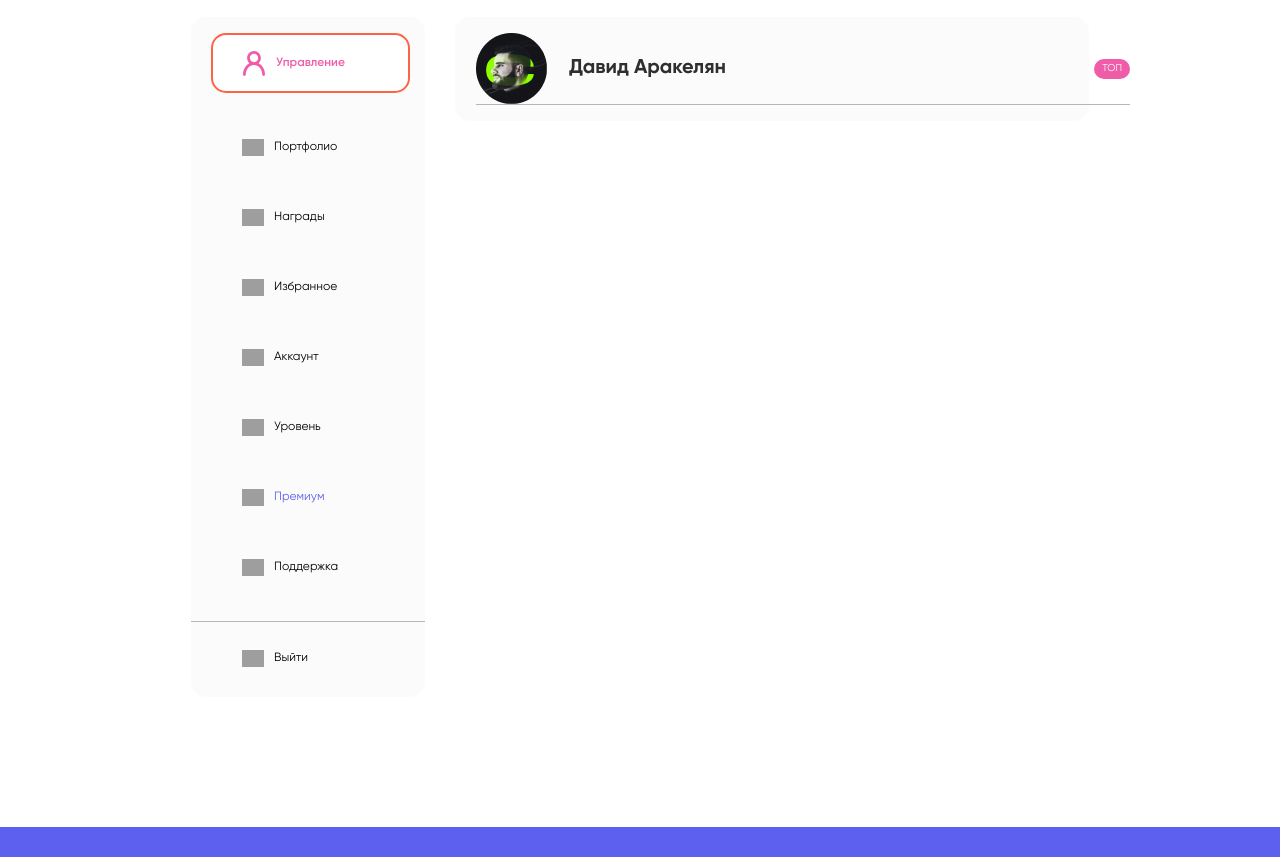
Repository: alexboagreek/selfmade
Page: index.html
The author's editor kept a copy of each file at every save. The page is drawn from the files as they stood at one save, then again after the next save.
The browser window is 1280 px wide. The pictures show the part of the page from y = 353 to 1210 px (the page is 1719 px tall).
Pictures or frames that could not be fetched are drawn as grey boxes. A picture or video elsewhere on the page could not be fetched, so the positions and the page height are approximate.

Above is the page before, as saved 2022-12-13 12:39:25.

### index.html
<!DOCTYPE html>
<html lang="ru">
<head>
    <meta charset="UTF-8">
    <meta http-equiv="X-UA-Compatible" content="IE=edge">
    <meta name="viewport" content="width=device-width, initial-scale=1.0">
    <link rel="stylesheet" href="css/style.css">
    <link rel="icon" type="image/png" sizes="64x64" href="assets/icons/favicon.png">
    <link rel="icon" type="image/png" sizes="48x48" href="assets/icons/favicon_48.png">
    <title>Selfmade</title>
</head>
<body>
    <header class="header">
        <div class="header__container">
            <h1 class="visually-hidden">Selfmade...</h1>
            <div class="header__box">
                <div class="header__logo">
                    <a href="/"><img src="./assets/icons/header_logo.svg" alt="Логотип Selfmade"></a>
                </div>
                <div class="header__login">
                    <div class="header__alarm">
                        <img class="header__alarm_icon" src="assets/icons/bell.svg" alt="authorization bell">
                    </div>
                    <p class="user__name">Аракелян Д.</p>
                    <div class="user__login">
                        <img src="assets/icons/user_icon.svg" alt="user icon">
                    </div>
                </div>

            </div>

        </div>
    </header>

    <main class="main main__container">
        <div class="sidebar">
            <ul class="menu__list">
                <li class="menu__list_item menu__list_item_fix">
                    <button class="menu__list_button menu__button_control control__text">Управление</button>
                </li>
                <li class="menu__list_item list_item_fix">
                    <button class="menu__list_button menu__button_portfolio">Портфолио</button>
                </li>
                <li class="menu__list_item list_item_fix">
                    <button class="menu__list_button menu__button_star">Награды</button>
                </li>
                <li class="menu__list_item list_item_fix">
                    <button class="menu__list_button menu__button_like">Избранное</button>
                </li>
                <li class="menu__list_item list_item_fix">
                    <button class="menu__list_button menu__button_settings">Аккаунт</button>
                </li>
                <li class="menu__list_item list_item_fix">
                    <button class="menu__list_button menu__button_level">Уровень</button>
                </li>
                <li class="menu__list_item list_item_fix">
                    <button class="menu__list_button menu__button_premium menu__button_active">Премиум</button>
                </li>
                <li class="menu__list_item item__border list_item_fix">
                    <button class="menu__list_button menu__button_helper">Поддержка</button>
                </li>
                <li class="menu__list_item list_item_fix menu__line">
                    <button class="menu__list_button menu__button_exit">Выйти</button>
                </li>
            </ul>
        </div>
        <div class="content">
            <section class="interface">
                <div class="interface__box">
                    <div class="interface__box_header interface__line">
                        <div class="user__info">
                            <img src="assets/img/interface.png" alt="Логотип интерфейса юзера | user interface logo" class="interface__img">
                            <p class="interface__text">Давид Аракелян</p>
                        </div>
                        <div class="interface__rating">Топ</div>
                    </div>
                </div>
            </section>
        </div>
    </main>

  <footer class="footer">
    <div class="footer__container">
        <div class="footer__box">
            <img src="./assets/icons/footer_logo.svg" alt="Логотип Selfmade">
            <div class="footer__social">
                <ul class="footer__social_list">
                    <li class="footer__social_list_item">
                        <svg width="15" height="14" viewbox="0 0 15 14" fill="none" xmlns="http://www.w3.org/2000/svg">
                            <path d="M0.911243 6.87875L4.18677 8.10128L5.45459 12.1786C5.53572 12.4397 5.85504 12.5363 6.067 12.363L7.89283 10.8745C8.08421 10.7186 8.35682 10.7108 8.55683 10.856L11.85 13.2469C12.0767 13.4117 12.3979 13.2875 12.4548 13.0135L14.8672 1.40935C14.9293 1.11007 14.6352 0.860402 14.3502 0.970619L0.907405 6.15646C0.575664 6.2844 0.578554 6.75408 0.911243 6.87875ZM5.25027 7.4505L11.6519 3.50775C11.7669 3.43709 11.8853 3.59266 11.7865 3.6843L6.50332 8.59526C6.31761 8.76813 6.19783 8.99946 6.1639 9.25055L5.98393 10.5842C5.9601 10.7623 5.70995 10.78 5.66081 10.6077L4.96866 8.17563C4.88939 7.89823 5.00491 7.60194 5.25027 7.4505Z" fill="#5D5FEF"/>
                        </svg>
                    </li>
                    <li class="footer__social_list_item">
                        <svg width="15" height="15" viewbox="0 0 15 15" fill="none" xmlns="http://www.w3.org/2000/svg">
                            <path fill-rule="evenodd" clip-rule="evenodd" d="M4.90509 0.6828C2.54568 0.6828 0.632996 2.59548 0.632996 4.9549V10.295C0.632996 12.6544 2.54568 14.5671 4.90509 14.5671H10.2452C12.6046 14.5671 14.5173 12.6544 14.5173 10.295V4.9549C14.5173 2.59548 12.6046 0.6828 10.2452 0.6828H4.90509ZM7.57515 3.88687C5.51067 3.88687 3.83707 5.56047 3.83707 7.62496C3.83707 9.68944 5.51067 11.363 7.57515 11.363C9.63964 11.363 11.3132 9.68944 11.3132 7.62496C11.3132 5.56047 9.63964 3.88687 7.57515 3.88687ZM11.5421 4.64975C12.0898 4.64975 12.5338 4.20573 12.5338 3.65801C12.5338 3.11029 12.0898 2.66627 11.5421 2.66627C10.9944 2.66627 10.5504 3.11029 10.5504 3.65801C10.5504 4.20573 10.9944 4.64975 11.5421 4.64975Z" fill="#5D5FEF"/>
                        </svg>
                    </li>
                    <li class="footer__social_list_item">
                        <svg width="16" height="9" viewbox="0 0 16 9" fill="none" xmlns="http://www.w3.org/2000/svg">
                            <path d="M12.9479 4.91454C12.7006 4.61918 12.7714 4.48778 12.9479 4.22376C12.9511 4.22075 14.9925 1.55289 15.2028 0.648132L15.2041 0.647529C15.3086 0.317814 15.2041 0.0755005 14.6987 0.0755005H13.0263C12.6006 0.0755005 12.4043 0.283456 12.2991 0.516125C12.2991 0.516125 11.4477 2.44378 10.2431 3.69332C9.85434 4.05438 9.67462 4.17012 9.46239 4.17012C9.35787 4.17012 9.19535 4.05438 9.19535 3.72467V0.647529C9.19535 0.252112 9.07617 0.0755005 8.72373 0.0755005H6.09412C5.82709 0.0755005 5.66839 0.259948 5.66839 0.431737C5.66839 0.80666 6.27066 0.892856 6.33312 1.9477V4.23642C6.33312 4.73792 6.23689 4.83015 6.02338 4.83015C5.45489 4.83015 4.07508 2.89465 3.25739 0.679476C3.09232 0.249701 2.93108 0.0761032 2.50216 0.0761032H0.829178C0.351821 0.0761032 0.255585 0.284059 0.255585 0.516728C0.255585 0.927817 0.824079 2.97181 2.89921 5.67222C4.28221 7.51549 6.22988 8.51428 8.00164 8.51428C9.06661 8.51428 9.19663 8.29246 9.19663 7.91091C9.19663 6.14961 9.10039 5.98325 9.63383 5.98325C9.88111 5.98325 10.3068 6.09898 11.3011 6.98806C12.4374 8.04231 12.6242 8.51428 13.2602 8.51428H14.9326C15.4093 8.51428 15.6508 8.29246 15.5119 7.85485C15.1939 6.93442 13.0448 5.04112 12.9479 4.91454V4.91454Z" fill="#5D5FEF"/>
                        </svg>
                    </li>
                    <li class="footer__social_list_item">
                        <svg width="7" height="14" viewbox="0 0 7 14" fill="none" xmlns="http://www.w3.org/2000/svg">
                            <path d="M5.1126 2.93661H6.8285V0.446777H4.81141V0.455757C2.36736 0.540786 1.86645 1.89031 1.8223 3.30771H1.81727V4.55101H0.153015V6.9893H1.81727V13.5253H4.3254V6.9893H6.37996L6.77685 4.55101H4.32622V3.79984C4.32622 3.32082 4.65072 2.93661 5.1126 2.93661Z" fill="#5D5FEF"/>
                        </svg>
                    </li>
                </ul>
            </div>
        </div>
        <div class="footer__services">
            <ul class="services__list">
                <li class="services__list_item">Как работает сервис?</li>
                <li class="services__list_item">Советы от SELFMADE</li>
                <li class="services__list_item">Пользовательское соглашение</li>
                <li class="services__list_item">Почему SELFMADE</li>
                <li class="services__list_item">Помощь и поддержка</li>
            </ul>
        </div>
    </div>
    <div class="footer__copyright">
        <ul class="footer__copyright_list">
            <li class="footer__copyright_list_item footer__copy_text">© SELFMADE.TEAM 2022</li>
            <li class="footer__copyright_list_item footer__copy_text-info">ИНН 431207720494 / ОГРНИП 320508100324371</li>
            <li class="footer__copyright_list_item">
                <a class="footer__copyright_link" href="#">Политика конфиденциальности</a>
            </li>
        </ul>
    </div>

  </footer>
</body>
</html>

### css/style.css
@import 'normalize.css';
@import 'fonts.css';
@import 'default.css';
@import 'header.css';
@import 'sidebar.css';
@import 'interface.css';
@import 'footer.css';

### css/fonts.css
@font-face {
    font-family: Gilroy;
    src: url(../assets/fonts/Gilroy-Regular.woff2) format('woff2'),
    url(../assets/fonts/Gilroy-Regular.woff) format('woff');
    font-weight: 400;
}

@font-face {
    font-family: Gilroy;
    src: url(../assets/fonts/Gilroy-Semibold.woff2) format('woff2'),
    url(../assets/fonts/Gilroy-Semibold.woff) format('woff');
    font-weight: 500;
}

@font-face {
    font-family: Gilroy;
    src: url(../assets/fonts/Gilroy-Bold.woff2) format('woff2'),
    url(../assets/fonts/Gilroy-Bold.woff) format('woff');
    font-weight: 600;
}

### css/default.css
:root {
    --color-control-text:#EF5DA8;
    --color-menu: #F0F0F0;
    --color-menu-active: #5D5FEF;
    --color-alarm: #EF5DA8;
    --color-main: #FBFBFB;
    --footer-color-main: #5D5FEF;
    --footer-color-copyright: #5556D3;
    --footer-social-color: #FFFFFF;
    --footer-copyright-link: #B6B6B6;
}

html {
  overflow-x: hidden;
  position: relative;
  box-sizing: border-box;
}

*,
*::before,
*::after {
  box-sizing: inherit;
}

body {
  display: flex;
  flex-direction: column;
  min-width: 320px;
  height: 100%;
  font-family: Gilroy, sans-serif;
  background-color: #FFFFFF;
  font-size: 16px;
  overflow-x: hidden;
  position: relative;
}

img,
svg {
  max-width: 100%;
  max-height: 100%;
  height: auto;
}

button {
  padding: 0;
  cursor: pointer;
  border: none;
  background-color: transparent;
}

a {
  text-decoration: none;
  color: inherit;
}

ul {
  list-style: none;
  padding: 0;
  margin: 0;
}

h1,
h2,
h3,
p,
figure,
fieldset {
  margin: 0;
}

iframe {
  border: none;
}

fieldset {
  padding: 0;
  border: 0;
}

.visually-hidden {
  position: fixed;
  transform: scale(0);
}

.container {
    max-width: 1400px;
    padding: 0 100px;
    margin: 0 auto;
}

### css/header.css
.header {
    padding-top: 28px;
    padding-bottom: 37px;
    flex: 0 0 auto;
    background-color: #FFFFFF;
}

.header__box {
    display: flex;
    justify-content: space-between;
    align-items: center;
}

.header__container {
    max-width: 1500px;
    margin: 0 auto;
    padding: 0 100px;
}

.header__alarm {
    position: relative;
    margin-right: 11px;
}

.header__alarm::after {
    position: absolute;
    top: 0;
    content: '';
    width: 5px;
    height: 5px;
    background-color: var(--color-alarm);
    border-radius: 50%;
}
.user__name {
    margin-right: 6px;
}

.header__login {
    display: flex;
    align-items: center;
}

.user__login {
    cursor: pointer;
}

.services__list_item {
    cursor: pointer;
}

### css/sidebar.css
.main {
    display: flex;
}

.main__container {
    max-width: 1200px;
    margin: 0 auto;
}

.sidebar {
    display: flex;
    justify-content: center;
    width: 234px;
    border-radius: 15px;
    background-color: var(--color-main);
    margin-bottom: 130px;
    margin-right: 30px;
}

.menu__list_button {
    font-size: 12px;
    line-height: 16px;
    padding: 7px 8px 7px 40px;
    background-size: 22px;
    background-position: 8px center;
    background-repeat: no-repeat;
    border-radius: 50px;
    border: 1px solid transparent;
    white-space: nowrap;
    outline: none;
    margin-bottom: 38px;
}

.menu__list_item_fix {
    display: flex;
    padding-left: 20px;
    align-items: flex-start;
}

.menu__button_active {
    color: var(--color-menu-active);
}

.menu__button_control {
    width: 199px;
    margin-top: 16px;
    border-radius: 15px;
    border: 2px solid tomato;
    padding: 20px;
    background-color: #FFFFFF;
    background-image: url('../assets/icons/user__icon.svg');
    background-position: calc(30px);
}

.control__text {
    font-weight: 500;
    color: var(--color-control-text);
}

.menu__button_portfolio {
    background-image: url('../assets/icons/portfolio_icon.svg');
}
.menu__button_star {
    background-image: url('../assets/icons/star_icon.svg');
}

.menu__button_like {
    background-image: url('../assets/icons/like_icon.svg');
}
.menu__button_settings {
    background-image: url('../assets/icons/settings_icon.svg');
}
.menu__button_level {
    background-image: url('../assets/icons/level_icon.svg');
}
.menu__button_premium {
    background-image: url('../assets/icons/premium_icon.svg');
}

.menu__button_helper {
    background-image: url('../assets/icons/helper_icon.svg');
}

.menu__line {
    width: 234px;
    border-top: 1px solid var(--footer-copyright-link);
}
.menu__button_exit {
    background-image: url('../assets/icons/exit_icon.svg');
    margin-top: 20px;
    margin-bottom: 23px;
}

.list_item_fix {
    padding-left: 42px;
}

### css/interface.css
.interface__box {
    border-radius: 15px;
    padding: 16px 21px;
    width: 634px;
    background-color: var(--color-main);
}
.interface__box_header {
    display: flex;
    justify-content: space-between;
    align-items: center;
    border-bottom: 1px solid tomato;
}
.user__info {
    display: flex;
    align-items: center;
}

.interface__text {
    font-weight: 700;
    font-size: 20px;
    margin-left: 22px;
    line-height: 1.06;
    color: #2F2F2F;
}

.interface__rating {
    padding: 4px 8px;
    border-radius: 47px;
    color: #FFFFFF;
    background-color: var( --color-control-text);
    font-size: 10px;
    text-transform: uppercase;
}

.interface__line {
    width: 654px;
    border-bottom: 1px solid var(--footer-copyright-link);
}

### css/footer.css
.footer {
    flex: 0 0 auto;
}

.footer__container {
    padding: 50px 140px 0px 140px;
    background-color: var(--footer-color-main);
}

.footer__box {
    display: flex;
    justify-content: space-between;
    background-color: var(--footer-color-main);
    margin-bottom: 50px;
}

.footer__social_list_item {
    display: flex;
    align-items: center;
    justify-content: center;
    width: 29px;
    height: 29px;
    background-color: var(--footer-social-color);
    border-radius: 50%;
    margin-right: 19px;
    cursor: pointer;
}

.footer__social_list_item:last-child {
    margin-right: 0;
}

.footer__social_list {
    display: flex;
}

.footer__services {
    padding-bottom: 41px;
}

.services__list {
    display: flex;
    justify-content: space-between;
}
.services__list_item {
    font-size: 16px;
    font-weight: 500;
    color: var(--footer-social-color);
}

.footer__copyright {
    padding: 30px 140px;
    border-top: 1px solid #FFFFFF;
    background-color: var(--footer-color-copyright);
}

.footer__copyright_list {
    display: flex;
    justify-content: space-between;
}

.footer__copy_text {
    font-weight: 500;
    line-height: 16px;
    color: var(--footer-social-color);
}

.footer__copy_text-info {
    font-weight: 400;
    color: var(--footer-social-color);
}
.footer__copyright_link {
    color: var(--footer-copyright-link);
}

Loaded but not shown: css/normalize.css (library)

After the next save:
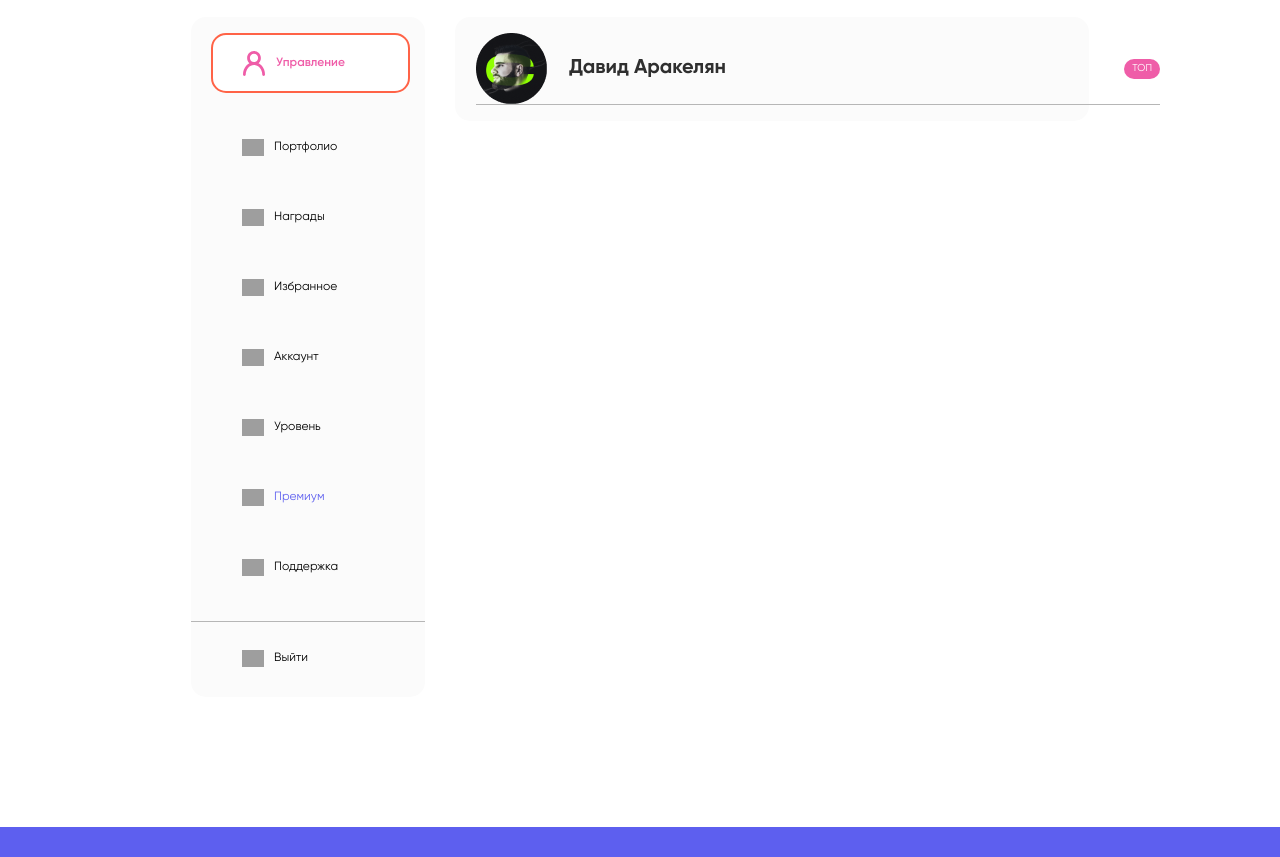
Saved 9 s later.
--- a/css/interface.css
+++ b/css/interface.css
@@ -33,6 +33,6 @@
 }
 
 .interface__line {
-    width: 654px;
+    width: 684px;
     border-bottom: 1px solid var(--footer-copyright-link);
 }
